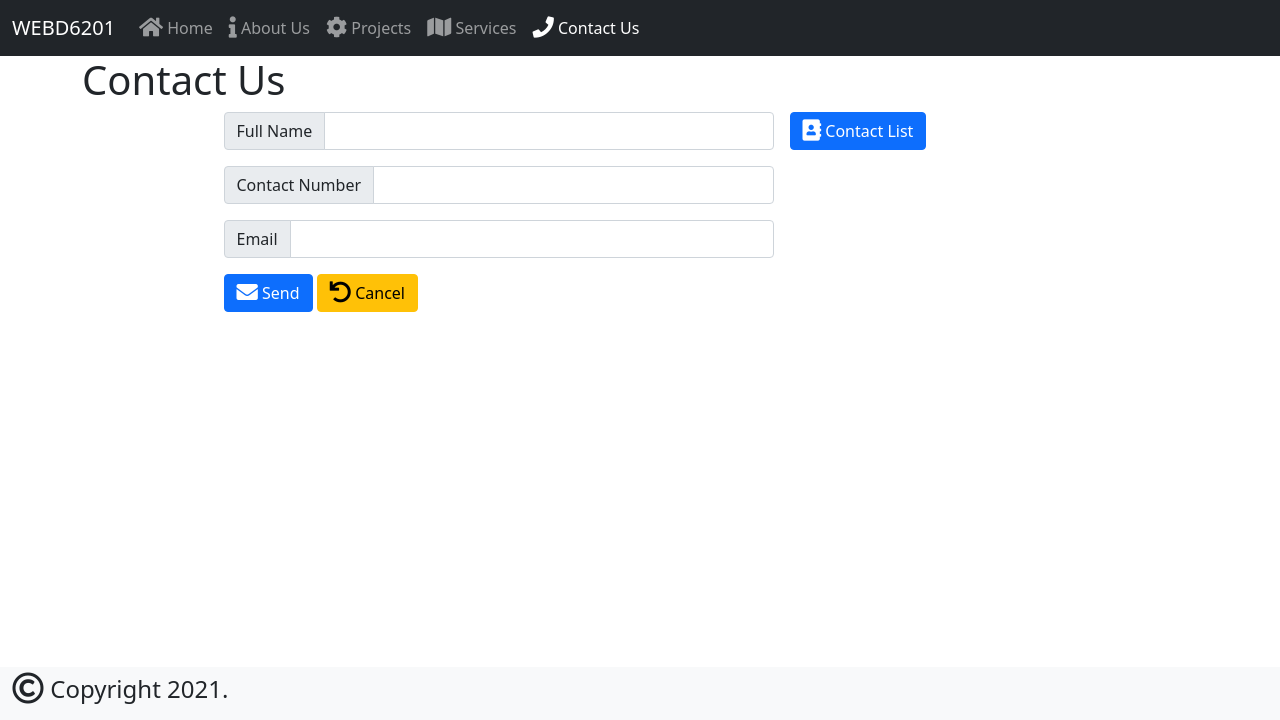
Repository: CKM206/WEBD6201-W2021-ICE2
Page: contact.html
An editor plug-in stored every save of this project. The page is shown before and after the next save, followed by the edit.
The browser window is 1280 px wide. The pictures show the whole page.

Above is the page before, as saved 2021-01-28 10:02:45.

After the next save:
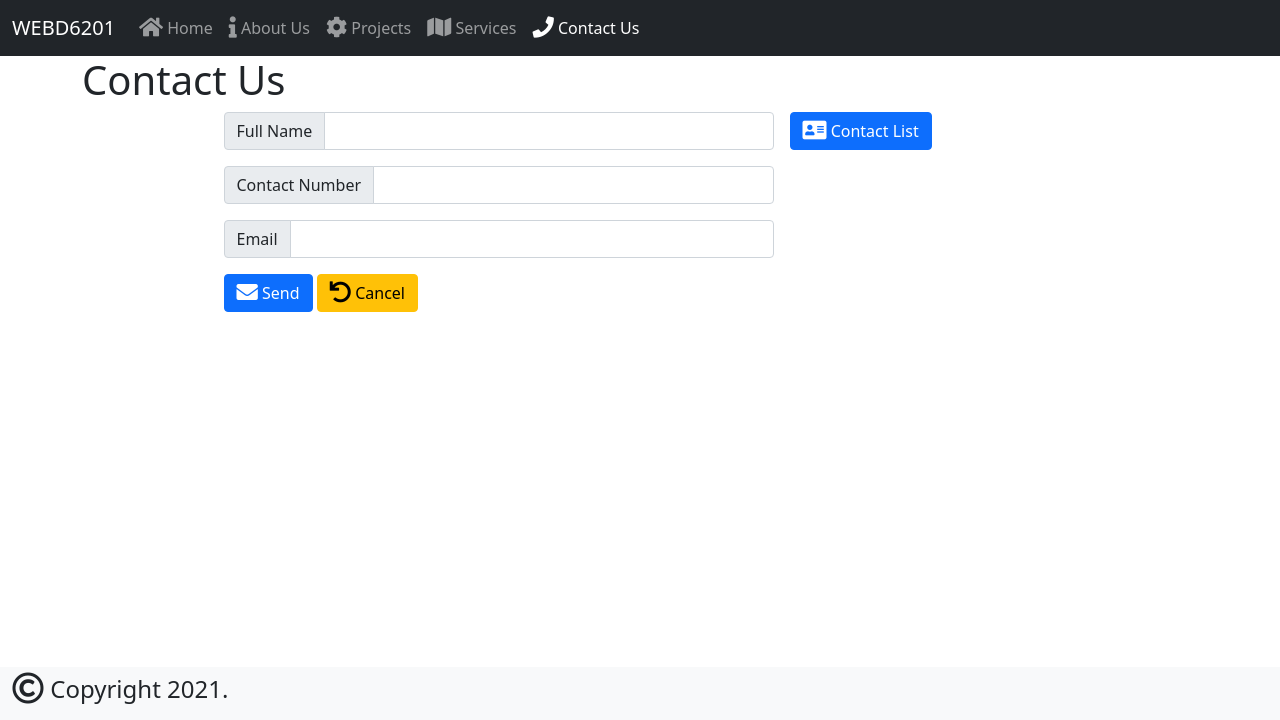
Saved 9 s later.
--- a/contact.html
+++ b/contact.html
@@ -78,7 +78,7 @@
 
           <div class="col-lg-3 col-md-3">
             <a href="contact-list.html">
-              <button id="contactListButton" class="btn btn-primary"><i class="fas fa-address-book fa-lg"></i> Contact List</button>
+              <button id="contactListButton" class="btn btn-primary"><i class="fas fa-address-card fa-lg"></i> Contact List</button>
             </a>
           </div>
         </div>
